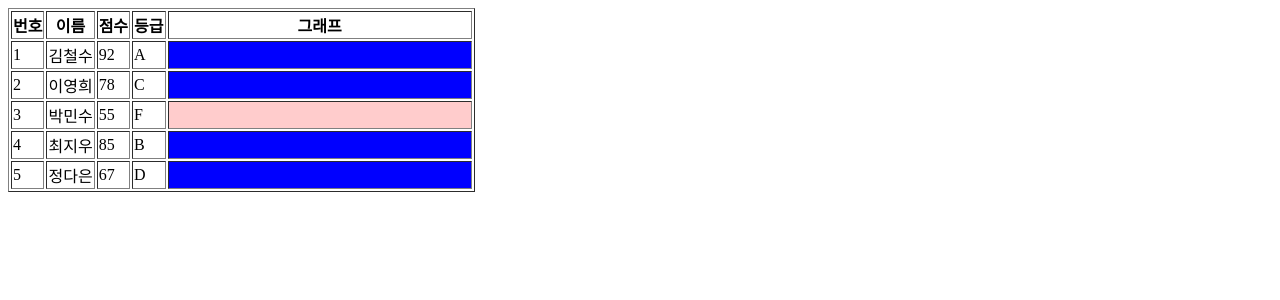
Repository: kkj68106810-dot/jsp2026
Page: http://localhost/chapter01/example_score.jsp
An editor plug-in stored every save of this project. The page is shown before and after the next save, followed by the edit.
The browser window is 1280 px wide. The pictures show the whole page.
The page is served by Tomcat 9.

Above is the page before, as saved 2026-10-16 05:13:07.

After the next save:
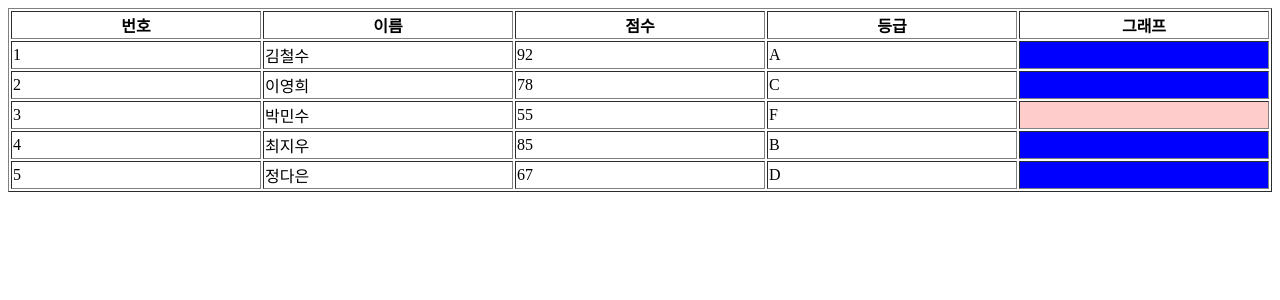
Saved 63 s later.
--- a/chapter01/src/main/webapp/example_score.jsp
+++ b/chapter01/src/main/webapp/example_score.jsp
@@ -7,7 +7,7 @@
 <title>Insert title here</title>
 <style>
 	tr td{
-
+		width: 300px;
 	}
 	.score.A{
 		width: 100%;

After the save that followed:
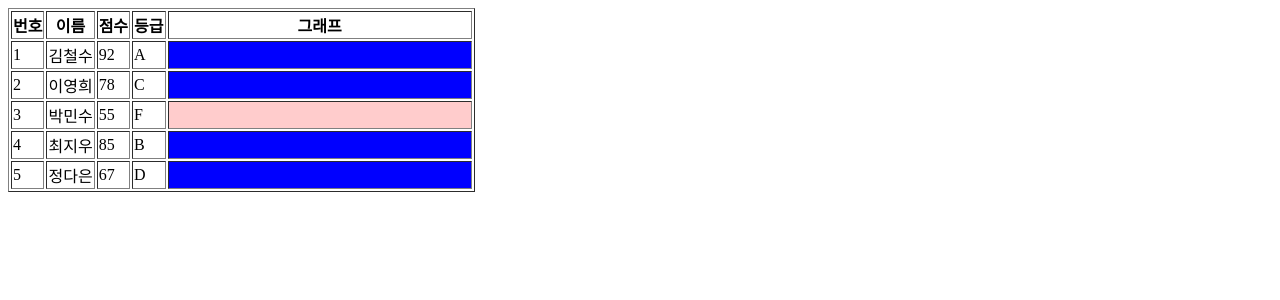
Saved 12 s later.
--- a/chapter01/src/main/webapp/example_score.jsp
+++ b/chapter01/src/main/webapp/example_score.jsp
@@ -7,7 +7,7 @@
 <title>Insert title here</title>
 <style>
 	tr td{
-		width: 300px;
+
 	}
 	.score.A{
 		width: 100%;
